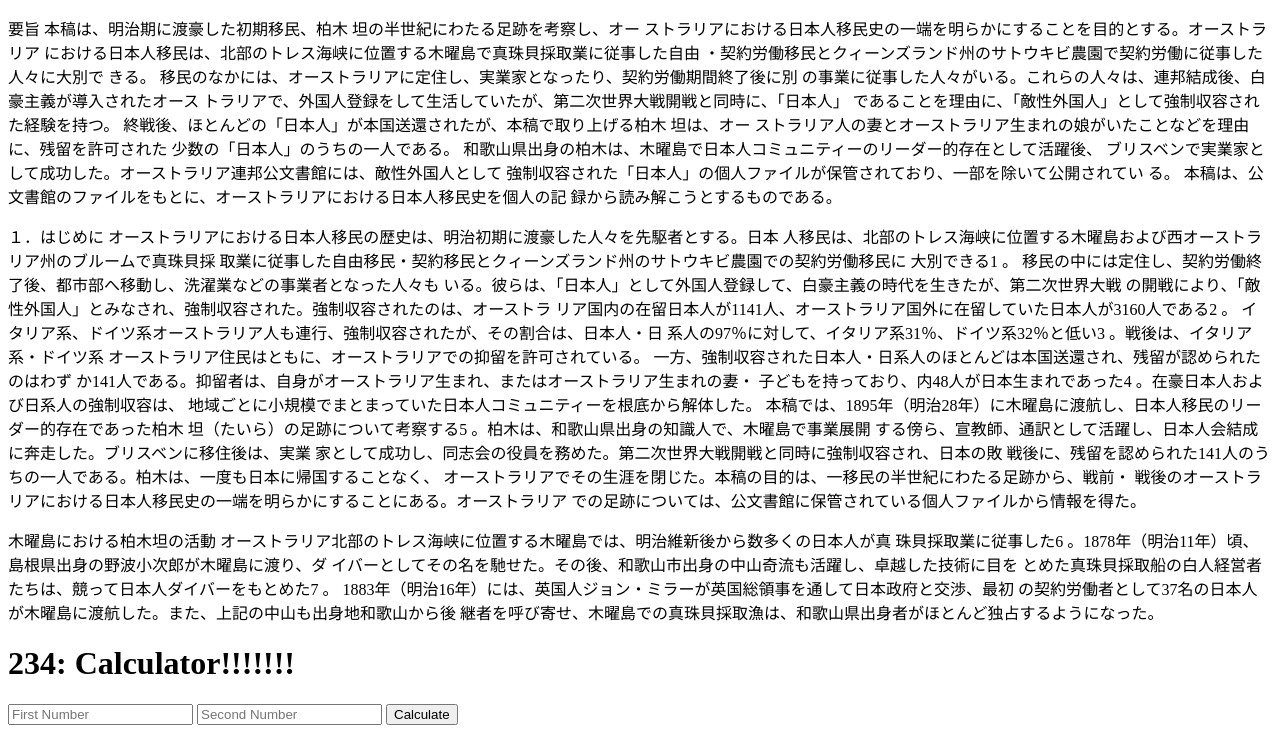
Repository: yoriss67/Folder-The-Complete-2023Web-Development-Bootcamp
Page: Calculator/index.html
An editor plug-in stored every save of this project. The page is shown before and after the next save, followed by the edit.
The browser window is 1280 px wide. The pictures show the whole page.

Above is the page before, as saved 2022-12-22 15:53:30.

After the next save:
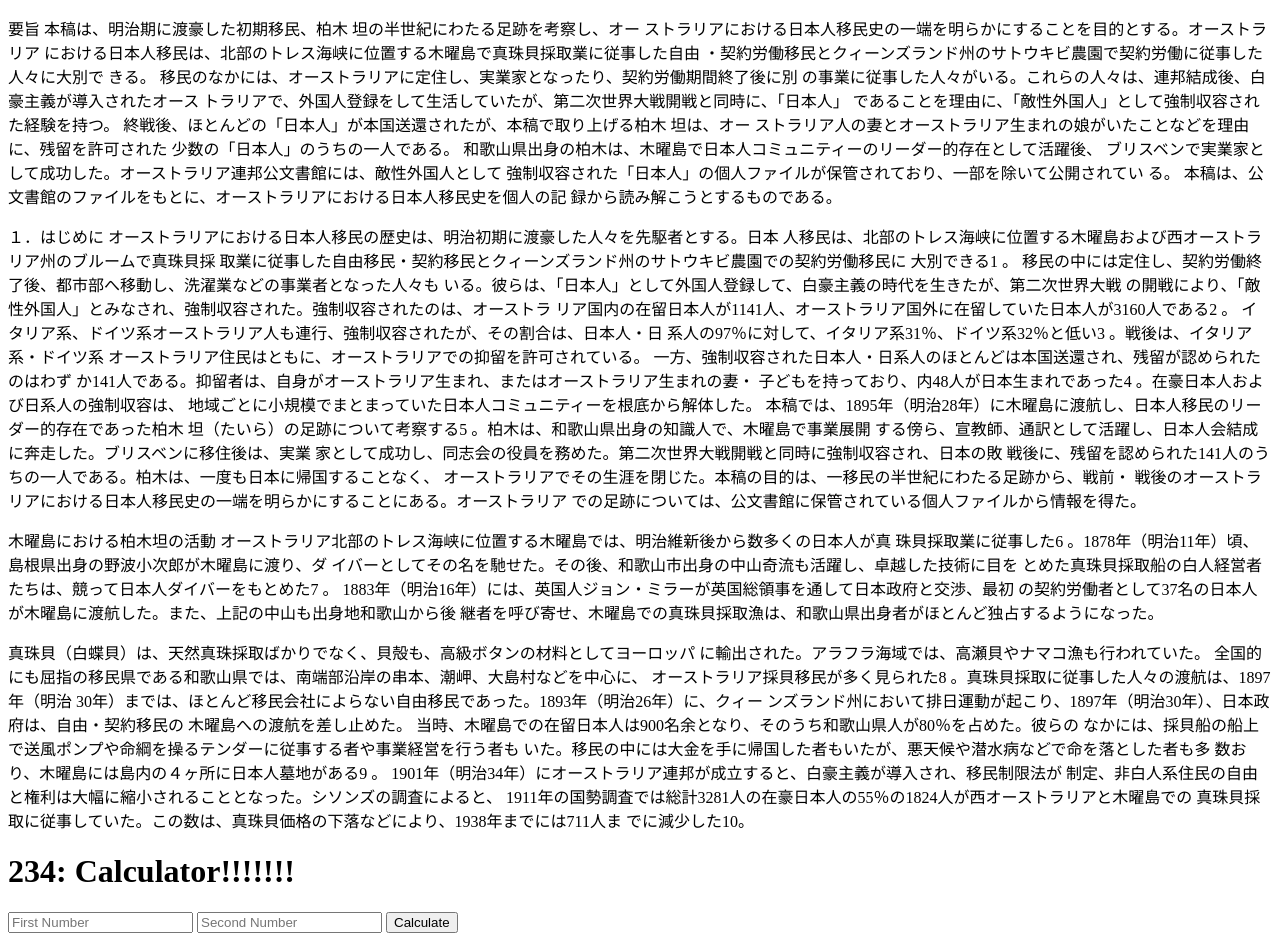
Saved 116 s later.
--- a/Calculator/index.html
+++ b/Calculator/index.html
@@ -69,6 +69,32 @@
        の契約労働者として37名の日本人が木曜島に渡航した。また、上記の中山も出身地和歌山から後
        継者を呼び寄せ、木曜島での真珠貝採取漁は、和歌山県出身者がほとんど独占するようになった。</p>
 
+
+
+
+
+
+
+
+
+       <p>真珠貝（白蝶貝）は、天然真珠採取ばかりでなく、貝殻も、高級ボタンの材料としてヨーロッパ
+        に輸出された。アラフラ海域では、高瀬貝やナマコ漁も行われていた。
+         全国的にも屈指の移民県である和歌山県では、南端部沿岸の串本、潮岬、大島村などを中心に、
+        オーストラリア採貝移民が多く見られた8
+        。真珠貝採取に従事した人々の渡航は、1897年（明治
+        30年）までは、ほとんど移民会社によらない自由移民であった。1893年（明治26年）に、クィー
+        ンズランド州において排日運動が起こり、1897年（明治30年）、日本政府は、自由・契約移民の
+        木曜島への渡航を差し止めた。
+         当時、木曜島での在留日本人は900名余となり、そのうち和歌山県人が80％を占めた。彼らの
+        なかには、採貝船の船上で送風ポンプや命綱を操るテンダーに従事する者や事業経営を行う者も
+        いた。移民の中には大金を手に帰国した者もいたが、悪天候や潜水病などで命を落とした者も多
+        数おり、木曜島には島内の４ヶ所に日本人墓地がある9
+        。
+         1901年（明治34年）にオーストラリア連邦が成立すると、白豪主義が導入され、移民制限法が
+        制定、非白人系住民の自由と権利は大幅に縮小されることとなった。シソンズの調査によると、
+        1911年の国勢調査では総計3281人の在豪日本人の55％の1824人が西オーストラリアと木曜島での
+        真珠貝採取に従事していた。この数は、真珠貝価格の下落などにより、1938年までには711人ま
+        でに減少した10。 </p>
     <!-- defaultでその頁のトップに行く＝これ書かなくても一緒 -->
     <form action="index.html">
         <h1>234: Calculator!!!!!!!</h1>
